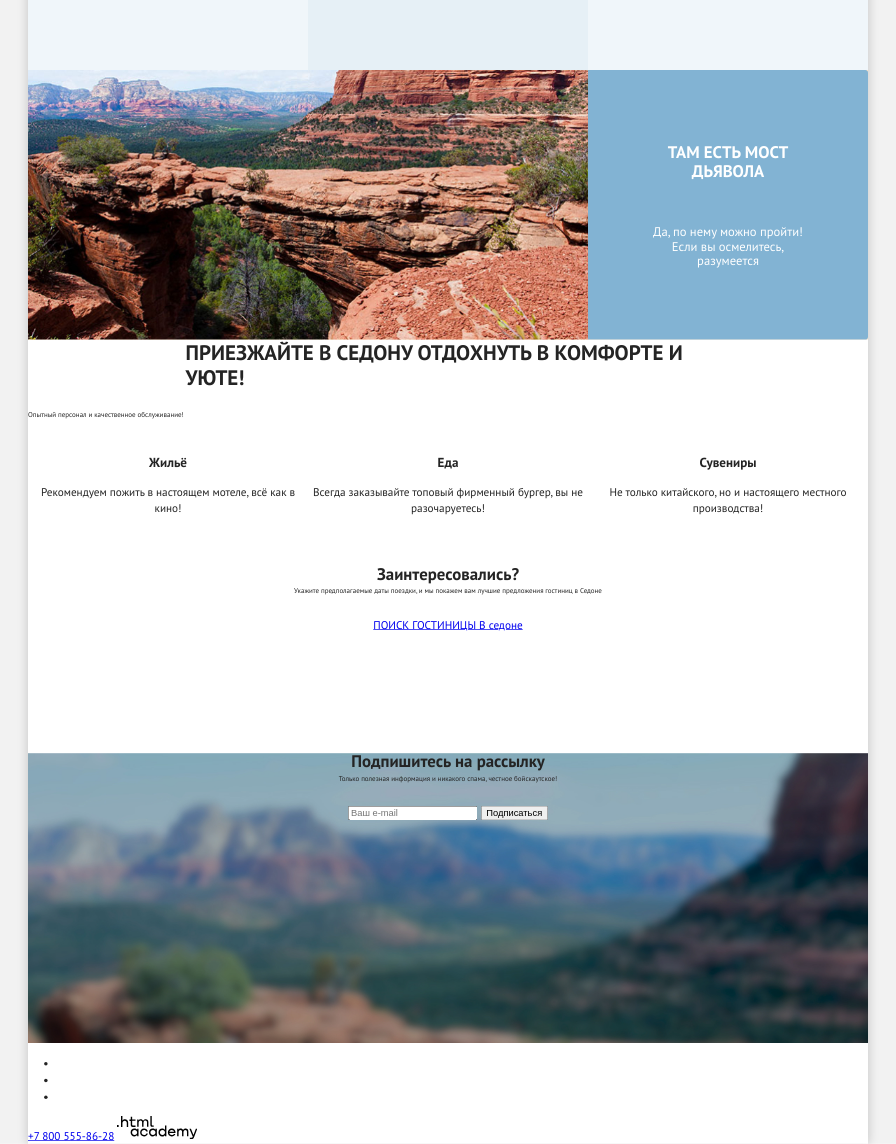
Repository: zakhgagne/2512253-sedona-1
Page: index.html
These files come from the project's save history. The page is drawn as it stood at one moment and after the next save; the edit follows.
The browser window is 1280 px wide. The pictures show the part of the page from y = 1480 to 3400 px (the page is 3114 px tall before and 3400 px after), at 70% of full size.

Above is the page before, as saved 2024-05-11 14:06:50.

### index.html
<!DOCTYPE html>
<html lang="ru">

  <head>
    <meta charset="utf-8">
    <title>Сайт города Седона</title>
    <link rel="stylesheet" href="styles/styles.css">
  </head>

  <body>
    <div class="container">
      <header class="header">
        <a class="logo-link" href="#">
          <img class="logo-image" src="./images/logo.svg" alt="Любимая Седона" width="" height="">
        </a>
        <nav class="navigation">
          <ul class="main-menu">
            <li class="menu-item">
              <a href="./index.html" class="menu-link">Главная</a>
            </li>
            <li class="menu-item">
              <a href="#" class="menu-link">О Седоне</a>
            </li>
            <li class="menu-item">
              <a href="./catalog.html" class="menu-link">Гостиницы</a>
            </li>
          </ul>
          <ul class="user-menu">
            <li class="user-menu-item">
              <a href="#" class="user-menu-link">
                <span class="visually-hidden">Поиск</span>
              </a>
            </li>
            <li class="user-menu-item">
              <a href="#" class="user-menu-link">
                <span class="visually-hidden">Избранное</span>
                <span class="like-number">12</span>
              </a>
            </li>
            <li class="user-menu-item">
              <a href="#" class="user-menu-link">Хочу сюда!</a>
            </li>
          </ul>
        </nav>
      </header>
      <main class="main-container">
        <h1 class="visually-hidden">Cайт города Седона</h1>
        <section class="welcome">
          <h2 class="visually-hidden">Приглашение</h2>
          <img src="./images/welcome.svg" class="welcome-image" width="" height="" alt="Welcome">
        </section>

        <section class="city">
          <h2 class="city-title">Седона — небольшой городок в Аризоне, заслуживающий большего!</h2>
          <p class="city-subtitle">Рассмотрим причины, по которым Седона круче, чем Гранд-каньон!</p>

          <ul class="reason-list">
            <li class="reason-item reason-item-special">
              <div class="reason-container">
                <h3 class="reason-title">Настоящий городок</h3>
                <p class="reason-text">Седона — не аттракцион для туристов, там течёт своя жизнь</p>
              </div>
              <img src="./images/photo-1.jpg" class="reason-image" width="" height="">
            </li>
            <li class="reason-item">
              <div class="reason-container">
                <h3 class="reason-title">Небольшая площадь</h3>
                <p class="reason-text">Все достопримечательности находятся очень близко</p>
              </div>
            </li>
            <li class="reason-item">
              <div class="reason-container">
                <h3 class="reason-title">Красивая дорога</h3>
                <p class="reason-text">Ехать в Седону из Лас-Вегаса совсем не скучно!</p>
              </div>
            </li>
            <li class="reason-item">
              <div class="reason-container">
                <h3 class="reason-title">Мало туристов</h3>
                <p class="reason-text">Большинство едет в Гранд Каньон и толпится там</p>
              </div>
            </li>
            <li class="reason-item reason-item-special">
              <img src="./images/photo-2.jpg" class="reason-image" width="" height="">
              <div class="reason-container">
                <h3 class="reason-title">Там есть мост дьявола</h3>
                <p class="reason-text">Да, по нему можно пройти! Если вы осмелитесь, разумеется</p>
              </div>
            </li>
          </ul>
        </section>

        <section class="city-welcome">
          <h2 class="desription">Приезжайте в Седону отдохнуть в комфорте и уюте!</h2>
          <p class="simple-text">Опытный персонал и качественное обслуживание!</p>

          <ul class="comfort-list">
            <li class="comfort-item">
              <h3 class="comfort-title">Жильё</h3>
              <p class="comfort-text">Рекомендуем пожить в настоящем мотеле, всё как в кино!</p>
            </li>
            <li class="comfort-item">
              <h3 class="comfort-title">Еда</h3>
              <p class="comfort-text">Всегда заказывайте топовый фирменный бургер, вы не разочаруетесь!</p>
            </li>
            <li class="comfort-item">
              <h3 class="comfort-title">Сувениры</h3>
              <p class="comfort-text">Не только китайского, но и настоящего местного производства!</p>
            </li>
          </ul>
        </section>

        <section class="interest">
          <h2 class="desription">Заинтересовались?</h2>
          <p class="simple-text">Укажите предполагаемые даты поездки, и мы покажем вам лучшие предложения гостиниц в
            Седоне</p>
          <a href="#" class="button-search-motel">ПОИСК ГОСТИНИЦЫ В седоне</a>
        </section>

      </main>

      <footer>
        <section class="news-letter">
          <h2 class="desription">Подпишитесь на рассылку</h2>
          <p class="simple-text">Только полезная информация и никакого спама, честное бойскаутское!</p>

          <form class="subscribe-form" action="https://echo.htmlacademy.ru/" method="post">
            <input class="field" placeholder="Ваш e-mail" type="email" name="distribution-email" required>
            <button class="subscribe-form-button" type="submit">Подписаться</button>
          </form>
        </section>
        <div class="footer-container">
          <section class="contacts">
            <h2 class="visually-hidden">Контакты</h2>
            <ul class="contact-list">
              <li class="contact-list-item">
                <a href="#" class="contact-list-link">
                  <p class="visually-hidden">Вконтакте</p>
                </a>
              </li>
              <li class="contact-list-item">
                <a href="#" class="contact-list-link">
                  <p class="visually-hidden">Телеграм</p>
                </a>
              </li>
              <li class="contact-list-item">
                <a href="#" class="contact-list-link">
                  <p class="visually-hidden">Ютуб</p>
                </a>
              </li>
            </ul>
            <a class="footer-contacts-address-phone" href="tel:+78005558628">+7 800 555-86-28</a>
            <a class="htmlacademy-link" href="https://htmlacademy.ru/">
              <img src="./images/logo-academy.svg" width="" height="" alt="Академия">
            </a>
          </section>
        </div>
      </footer>
    </div>
  </body>

</html>

### styles/styles.css
@font-face {
  font-family: "PT Sans";
  font-style: normal;
  font-weight: 400;
  src: url("../fonts/ptsans-400.woff2") format("woff2");
  font-display: swap;
}

@font-face {
  font-family: "PT Sans";
  font-style: normal;
  font-weight: 700;
  src: url("../fonts/ptsans-700.woff2") format("woff2");
  font-display: swap;
}


body {
  margin: 0;
  font-family: "PT Sans", "Arial", sans-serif;
  font-size: 16px;
  line-height: 24px;
  color: #242424;
  background-color: #f2f2f2;
}

.visually-hidden {
  display: none;
}

.container {
  width: 1200px;
  margin: 0 auto;
  background-color: #ffffff;
  box-shadow: 0 0 15px rgba(0, 0, 0, 0.2);
}

.header {
  background-color: #ffffff;
  position: relative;
  padding: 0 68px 0 238px;
}

.logo-link {
  position: absolute;
  top: 0;
  left: 70px;
}

.logo-image {}

.navigation {
  display: flex;
  justify-content: space-between;
}

.main-menu {
  padding: 0;
  margin: 0;
  list-style: none;
  display: flex;
  width: 500px;
  flex-wrap: wrap;
}

.menu-item {}

.menu-link {
  font-size: 20px;
  font-weight: 700;
  line-height: 24px;
  color: #000000;
  text-decoration: none;
  display: block;
  padding: 20px 16px;

}

.menu-item:nth-child(1) {
  /* background-color: red; */
}

.menu-item:nth-child(2) {
  /* background-color: blue; */
}

.menu-item:nth-child(3) {
  /* background-color: red; */
}

.user-menu {
  padding: 0;
  margin: 0;
  list-style: none;
  display: flex;
}

.welcome {
  background-color: #aec5d1;
  background-image: url("../images/white-crown.svg"), url("../images/index-background.jpg");
  background-repeat: no-repeat;
  background-position: center bottom, center top;
  background-size: 1200px 57px, cover;
  padding-top: 51px;
  padding-bottom: 82px;
  min-height: 352px;
}

.welcome-image {
  display: block;
  margin: 0 auto;
}

.city {
  text-align: center;
  padding-top: 70px;
}

.city-title {
  padding: 0;
  margin: 0 auto 24px;
  font-size: 30px;
  font-weight: 700;
  line-height: 36px;
  text-transform: uppercase;
  width: 750px;

}

.city-subtitle {
  padding: 0;
  margin: 0 auto 90px;
  font-size: 22px;
  font-weight: 400;
  line-height: 26px;
  width: 750px;
}

.reason-list {
  display: flex;
  justify-content: space-between;
  text-align: center;
  padding: 0;
  margin: 0;
  list-style: none;
  flex-wrap: wrap;
}

.reason-item {
  display: flex;
  background-color: bisque;
}

.reason-container {
  width: 400px;
  padding-top: 103px;
  padding-bottom: 102px;
}

.reason-title {
  margin: 0 auto 61px;
  padding: 0;
  font-size: 24px;
  font-weight: 700;
  line-height: 28px;
  width: 175px;
  text-transform: uppercase;

}

.reason-text {
  padding: 0;
  margin: 0 auto;
  font-size: 18px;
  font-weight: 400;
  line-height: 21px;
  width: 231px;
}

.reason-item:nth-child(2n) {
  background-color: #f0f6fa;
}
.reason-item:nth-child(3n) {
  background-color: #e6f0f6;
}
.reason-item-special .reason-container {
  background-color: #82B3D3;
  border-radius: 0px 4px 4px 0px;
  color: #FFFFFF;

}

.comfort-list {
  display: flex;
  justify-content: space-between;
  text-align: center;
  padding: 0;
  margin: 0;
  list-style: none;
}

.comfort-item {
  width: 400px;
}

.interest {
  text-align: center;
  margin: 54px auto;
  height: 214px;
  width: 592px;
}

.desription {
  padding: 0;
  margin: 0;
}

.footer-container {
  display: flex;
  margin: 0 auto;
}


.news-letter {
  background-image: url("../images/subscribe.jpg");
  background-repeat: no-repeat;
  min-height: 414px;
  text-align: center;

  /*width: 684px;*/
}

.city-welcome .desription {
  padding: 0;
    margin: 0 auto 24px;
    font-size: 30px;
    font-weight: 700;
    line-height: 36px;
    text-transform: uppercase;
    width: 750px;
}

.simple-text {
    padding: 0;
      margin: 0 auto 24px;
      font-size: 10px;
}

After the next save:
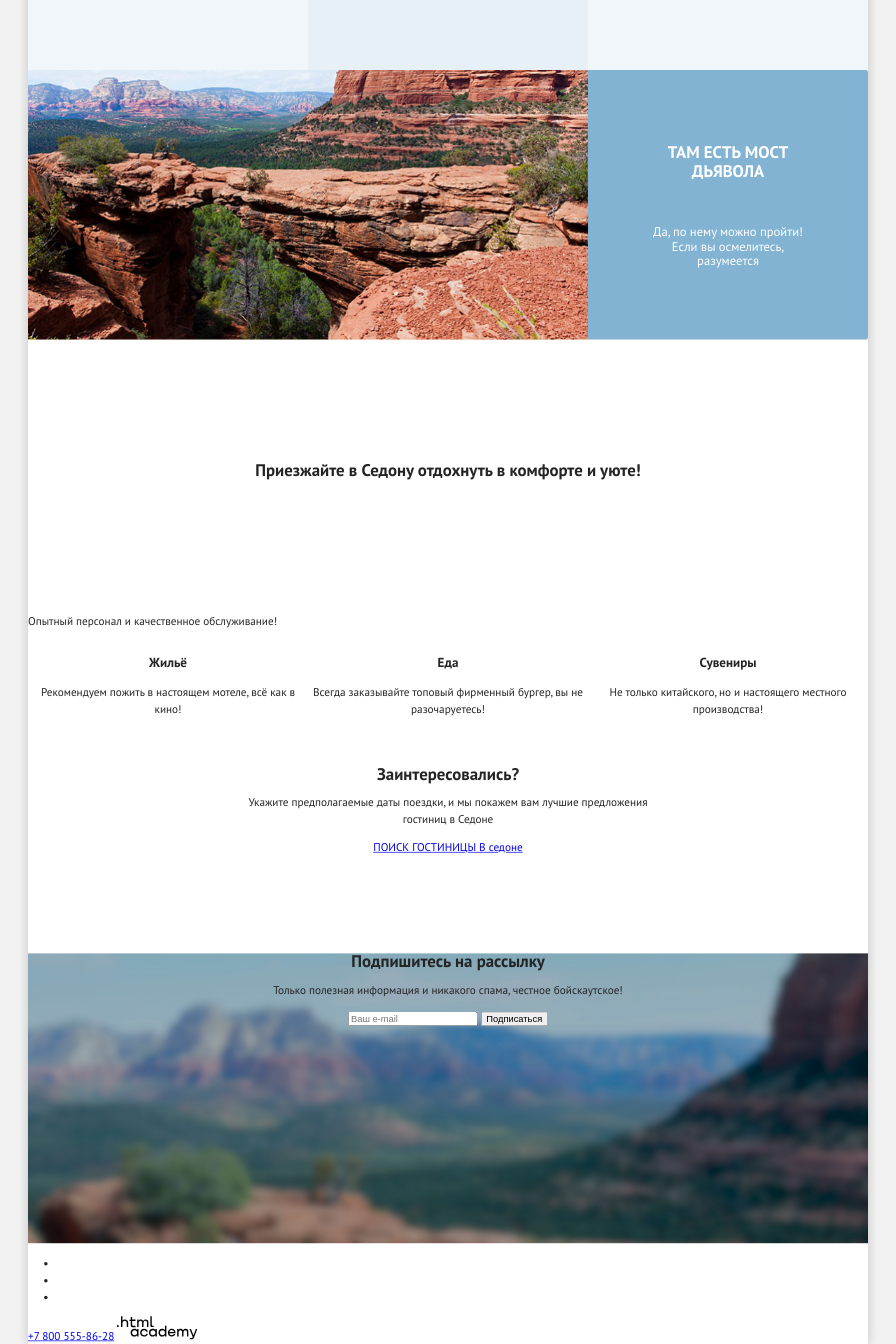
Saved 2 min 11 s later.
--- a/styles/styles.css
+++ b/styles/styles.css
@@ -230,7 +230,7 @@
   /*width: 684px;*/
 }
 
-.city-welcome .desription {
+/* .city-welcome .desription {
   padding: 0;
     margin: 0 auto 24px;
     font-size: 30px;
@@ -244,4 +244,22 @@
     padding: 0;
       margin: 0 auto 24px;
       font-size: 10px;
-}
+} */
+.city-welcome .desription {
+/* Auto layout */
+display: flex;
+flex-direction: column;
+justify-content: center;
+align-items: center;
+padding: 64px 0px;
+gap: 20px;
+
+width: 1200px;
+height: 246px;
+
+/* Inside auto layout
+flex: none;
+order: 2;
+align-self: stretch;
+flex-grow: 0; */
+}

After the save that followed:
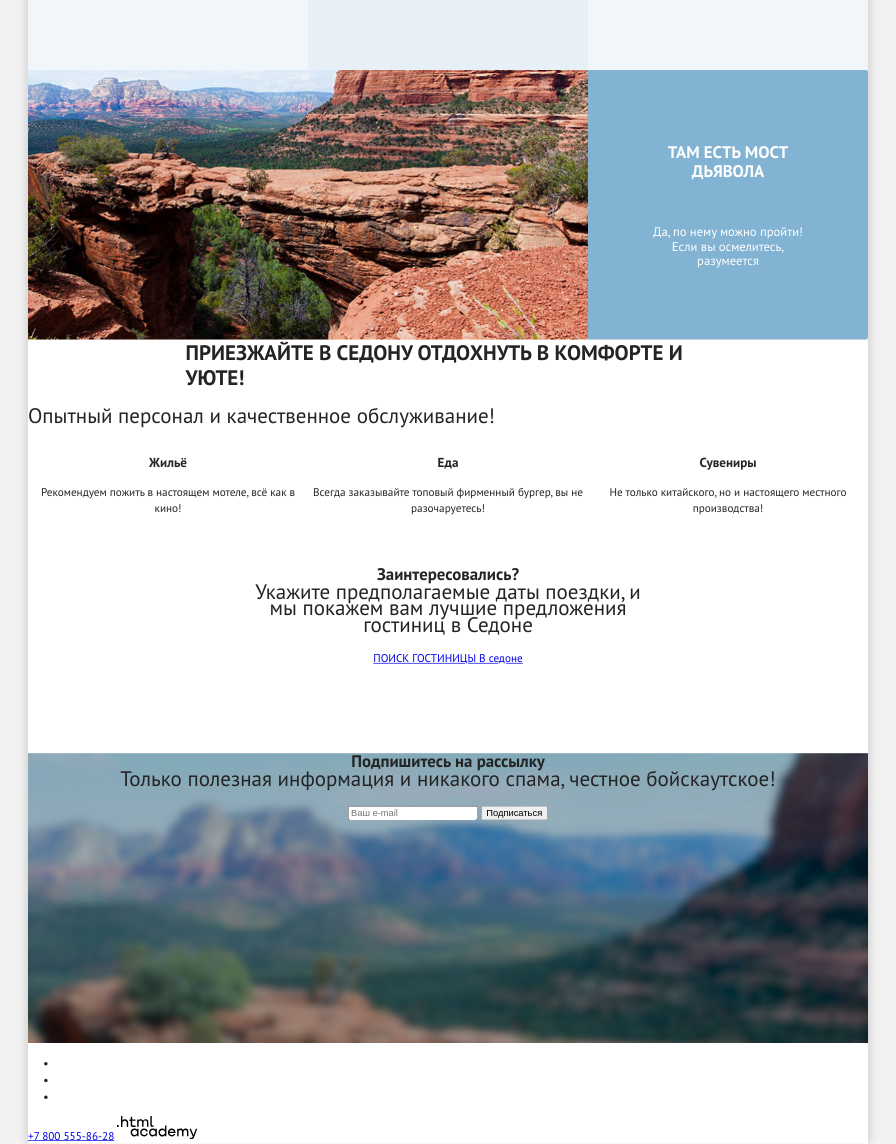
Saved 36 s later.
--- a/styles/styles.css
+++ b/styles/styles.css
@@ -230,7 +230,7 @@
   /*width: 684px;*/
 }
 
-/* .city-welcome .desription {
+.city-welcome .desription {
   padding: 0;
     margin: 0 auto 24px;
     font-size: 30px;
@@ -243,23 +243,5 @@
 .simple-text {
     padding: 0;
       margin: 0 auto 24px;
-      font-size: 10px;
-} */
-.city-welcome .desription {
-/* Auto layout */
-display: flex;
-flex-direction: column;
-justify-content: center;
-align-items: center;
-padding: 64px 0px;
-gap: 20px;
-
-width: 1200px;
-height: 246px;
-
-/* Inside auto layout
-flex: none;
-order: 2;
-align-self: stretch;
-flex-grow: 0; */
-}
+      font-size: 30px;
+}
